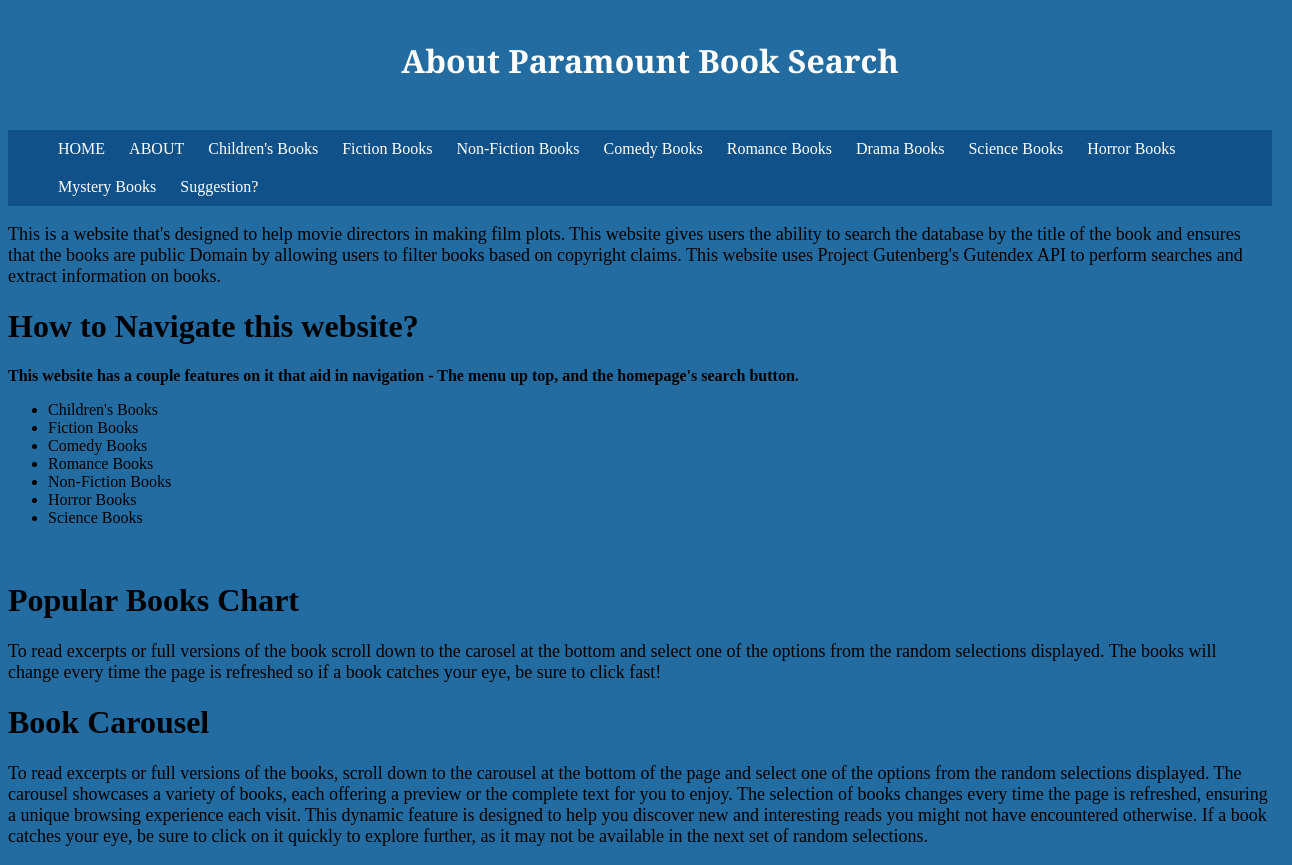
Repository: ChiaEE/INST377---Group-13
Page: About_page.html
An editor plug-in stored every save of this project. The page is shown before and after the next save, followed by the edit.
The browser window is 1280 px wide. The page is 1292 px wide, so the pictures cover 1292 px, including what lies to the right of the window. The pictures show the whole page.

Above is the page before, as saved 2024-05-19 22:14:40.

### About_page.html
<!DOCTYPE html>
<html>
    <head>
        <title> About Paramount Book Search </title>
        <link rel="stylesheet" href="HomePage.css">
    </head>
    <body style="background-color: #226ca1;">
        <header id="bar">
            <h1>About Paramount Book Search</h1>
        </header>

        <!-- Navigation Menu -->
        <nav id="main-nav">
            <ul id="navList">
                <li><a href="HomePage.html">HOME</a></li>
                <li><a href="About_page.html">ABOUT</a></li>
                <li id="childrensBooksLink"><a href="Children'sBooks.html">Children's Books</a></li>
                <li id="fictionBooksLink"><a href="FictionBooks.html">Fiction Books</a></li>
                <li id="nonFictionBooks"><a href="NonFictionBooks.html"> Non-Fiction Books </a></li>
                <li id="comedyBooksLink"><a href="ComedyBooks.html">Comedy Books</a></li>
                <li id="romanceBooksLink"><a href="RomanceBooks.html">Romance Books</a></li>
                <li id="dramaBooksLink"><a href="DramaBooks.html">Drama Books</a></li>
                <li id="sciBooksLink"><a href="ScienceBooks.html">Science Books</a></li>
                <li id="horrorBooksLink"><a href="HorrorBooks.html">Horror Books</a></li>
                <li id="mysteryBooksLink"><a href="MysteryBooks.html">Mystery Books</a></li>
                <li id="SuggestionsLink"><a href="Suggestion.html">Suggestion?</a></li>

            </ul>
        </nav>

        <p style="font-size:large;"> This is a website that's designed to help movie directors in making film plots.
            This website gives users the ability to search the database by the title of the book and ensures that the books are public Domain
            by allowing users to filter books based on copyright claims. This website uses Project Gutenberg's Gutendex API to
            perform searches and extract information on books.
        </p>

        <h1> How to Navigate this website? </h1>
        <h2 style="font-size: medium;"> This website has a couple features on it that aid in navigation - The menu up top, and the homepage's search
            button.
        </h2>
        <ul>
            <li style="font-size: medium;"> Children's Books </li>
            <li style="font-size: medium;"> Fiction Books </li>
            <li style="font-size: medium;"> Comedy Books </li>
            <li style="font-size: medium;"> Romance Books </li>
            <li style="font-size: medium;"> Non-Fiction Books </li>
            <li style="font-size: medium;"> Horror Books </li>
            <li style="font-size: medium;"> Science Books </li>
        </ul>

        <br>

        <h1> Popular Books Chart </h1>

        <p style="font-size:large;"> To read excerpts or full versions of the book scroll
            down to the carosel at the bottom and select one of the options from the random
            selections displayed. The books will change every time the page is refreshed
            so if a book catches your eye, be sure to click fast!
        </p>

        <h1> Book Carousel </h1>

        <p style="font-size:large;"> To read excerpts or full versions of the books, scroll down to the carousel at the bottom of the page and select one of the options
            from the random selections displayed. The carousel showcases a variety of books, each offering a preview or the complete text for you to enjoy.
            The selection of books changes every time the page is refreshed, ensuring a unique browsing experience each visit.
            This dynamic feature is designed to help you discover new and interesting reads you might not have encountered otherwise.
            If a book catches your eye, be sure to click on it quickly to explore further, as it may not be available in the next set of random selections.
        </p>



    </body>



</html>

### HomePage.css
#bar {
    text-align: center;
    color: white;
    width: 100%;
    background-color: #226ca1;
    padding: 10px;
    margin: 0%;
    font-family: Cambria, Cochin, Georgia, Times, 'Times New Roman', serif;

}

/*Main Navigation */
#main-nav {
    background-color: #476ff2;
    color: white;
    margin: 0;
}

#main-nav li {
    display: block;
    color: black;
    text-align: center;
    padding: 14px 16px;
    text-decoration: none;
  }

  #main-nav {
    background-color: #11518a;
    color: white;
    margin: 0;
}

#main-nav li {
    display: block;
    color: white;
    text-align: center;
    padding: 14px 16px;
}

#main-nav li a {
    text-decoration: none;
    color: inherit;
}

#main-nav li:hover {
    background-color: #cbcfee;
}

#main-nav ul li {
    list-style-type: none;
    display: inline-block;
    text-align: center;
    padding: 10px;
}

#main-nav li:hover {
    background-color: #cbcfee;
}

#main-nav ul li {
    list-style-type: none;
    display: inline-block;
    text-align: center;
    padding: 10px;
}

/* Search Container */

.search-container {
    text-align: center;
}

.search-input {
    padding: 10px;
    width: 300px;
    border: 2px solid #ccc;
    border-radius: 5px;
    font-size: 14px;
}

.search-button {
    padding: 10px 20px;
    background-color: #007bff;
    color: white;
    border: none;
    border-radius: 5px;
    cursor: pointer;
    font-size: 16px;
    animation: wiggle 1s ease-in-out infinite;
    animation-delay: 2s;
}

@keyframes wiggle {
    0%, 100% {
      transform: rotate(-20deg);
    }
    50% {
      transform: rotate(20deg);
    }
  }


/* Style for the filter container */
.filter-container {
    margin-top: 20px;
}


.filter-container label {
    margin-right: 10px;
}


.filter-container select {
    padding: 5px;
    font-size: 16px;
    border: 1px solid #ccc;
    border-radius: 4px;
    background-color: #fff;
    color: #333;
}


.filter-container select option {
    background-color: #fff;
    color: #333;
}


.filter-container select:hover {
    border-color: #226ca1;
}

.content {
    display: flex;
    justify-content: flex-end;
    align-items: flex-end;
    flex-wrap: wrap;
    padding: 20px;
}


.filter-container {
    margin-right: 20px;
}

/* Search Bar */
.search-container {
    margin-bottom: 20px;
}

/* Book Container */

.book-container {
    background-color: white;
    padding: 20px;
    margin-bottom: 20px;
    border-radius: 5px;
    box-shadow: 0 2px 4px rgba(0, 0, 0, 0.1);
}

.book-container {
    border: 1px solid #ccc;
    border-radius: 5px;
    padding: 10px;
    margin: 20px 20px 20px 0;
    width: calc(40% - 20px);
}

.book-container h2 {
    margin-top: 0;
}

#loadingIndicator {
    color: #f9f1f1;
    font-size: px;
    text-align: center;
    padding: 20px;
}

/* Main Carousel Slider */
.main-carousel {
    width: 80%;
    margin: 0 auto;
}

/* Style for carousel cells */
.main-carousel .carousel-cell {
    width: 200px;
    height: 300px;
    margin-right: 10px;
    border-radius: 5px;
    overflow: hidden;
}


.main-carousel img {
    width: 100%;
    height: 100%;
    object-fit: cover;
}

/* Form  */
.form-container {
    margin-top: 20px;
}


.form-container label {
    margin-right: 10px;
}


.form-container select {
    padding: 5px;
    font-size: 16px;
    border: 1px solid #ccc;
    border-radius: 4px;
    background-color: #fff;
    color: #333;
}


.form-container select option {
    background-color: #fff;
    color: #333;
}


.form-container select:hover {
    border-color: #226ca1;
}



.form-container {
    margin-right: 20px;
}

/* Chart Button */

#showChartButton {
    padding: 5px 15px;
    border-radius: 50px;
    cursor: pointer;
    border: 0;
    background-color: white;
    box-shadow: rgb(0 0 0 / 5%) 0 0 8px;
    letter-spacing: 1.5px;
    text-transform: uppercase;
    font-size: 15px;
    transition: all 0.5s ease;
  }

  #showChartButton:hover {
    letter-spacing: 3px;
    background-color: hsl(225, 71%, 54%);
    color: hsl(0, 0%, 100%);
    box-shadow: rgb(70, 64, 229) 0px 7px 29px 0px;
  }

  #showChartButton:active {
    letter-spacing: 3px;
    background-color: hsl(225, 71%, 54%);
    color: hsl(0, 0%, 100%);
    box-shadow: rgb(70, 64, 229) 0px 0px 0px 0px;
    transform: translateY(10px);
    transition: 100ms;
  }

.confirmation {
    display: none;
    color: green;
    margin-top: 10px;
}
.error {
    display: none;
    color: red;
    margin-top: 10px;
}

/* Suggestion Form Button */
#submitButton {
    align-items: center;
    background-color: #19c20a;
    border: 0;
    border-radius: 100px;
    box-sizing: border-box;
    color: #ffffff;
    cursor: pointer;
    display: inline-flex;
    font-family: -apple-system, system-ui, system-ui, "Segoe UI", Roboto, "Helvetica Neue", "Fira Sans", Ubuntu, Oxygen, "Oxygen Sans", Cantarell, "Droid Sans", "Apple Color Emoji", "Segoe UI Emoji", "Segoe UI Symbol", "Lucida Grande", Helvetica, Arial, sans-serif;
    font-size: 16px;
    font-weight: 600;
    justify-content: center;
    line-height: 20px;
    max-width: 480px;
    min-height: 40px;
    min-width: 0px;
    overflow: hidden;
    padding: 0px;
    padding-left: 20px;
    padding-right: 20px;
    text-align: center;
    touch-action: manipulation;
    transition: background-color 0.167s cubic-bezier(0.4, 0, 0.2, 1) 0s, box-shadow 0.167s cubic-bezier(0.4, 0, 0.2, 1) 0s, color 0.167s cubic-bezier(0.4, 0, 0.2, 1) 0s;
    user-select: none;
    -webkit-user-select: none;
    vertical-align: middle;
  }

  #submitButton:hover,
  #submitButton:focus {
    background-color: #16437E;
    color: #ffffff;
  }

  #submitButton:active {
    background: #09223b;
    color: rgb(255, 255, 255, .7);
  }

  #submitButton:disabled {
    cursor: not-allowed;
    background: rgba(0, 0, 0, .08);
    color: rgba(0, 0, 0, .3);
  }

After the next save:
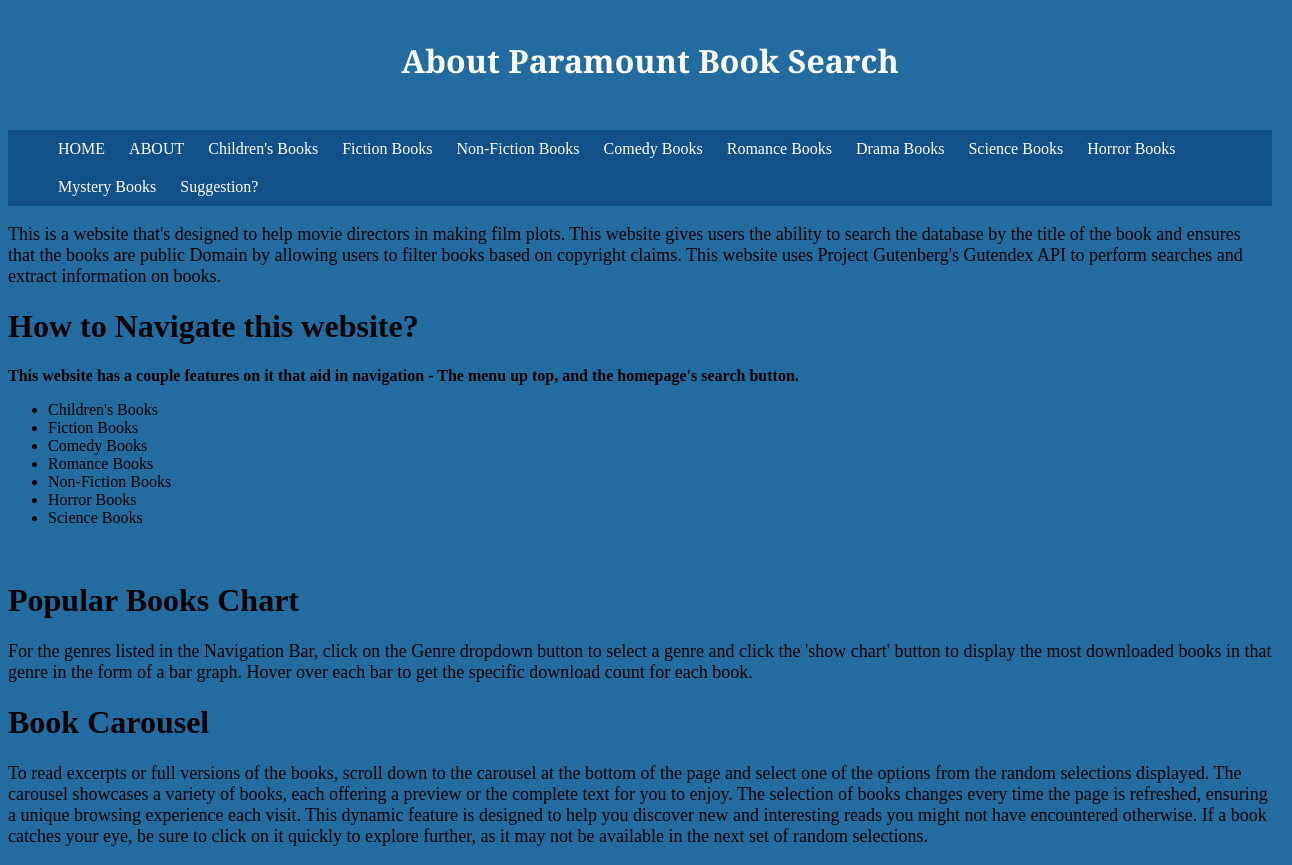
Saved 2 min 46 s later.
--- a/About_page.html
+++ b/About_page.html
@@ -52,10 +52,10 @@
 
         <h1> Popular Books Chart </h1>
 
-        <p style="font-size:large;"> To read excerpts or full versions of the book scroll
-            down to the carosel at the bottom and select one of the options from the random
-            selections displayed. The books will change every time the page is refreshed
-            so if a book catches your eye, be sure to click fast!
+        <p style="font-size:large;"> For the genres listed in the Navigation Bar,
+            click on the Genre dropdown button to select a genre and click the 'show chart' button
+            to display the most downloaded books in that genre in the form of a bar graph.
+            Hover over each bar to get the specific download count for each book.
         </p>
 
         <h1> Book Carousel </h1>
